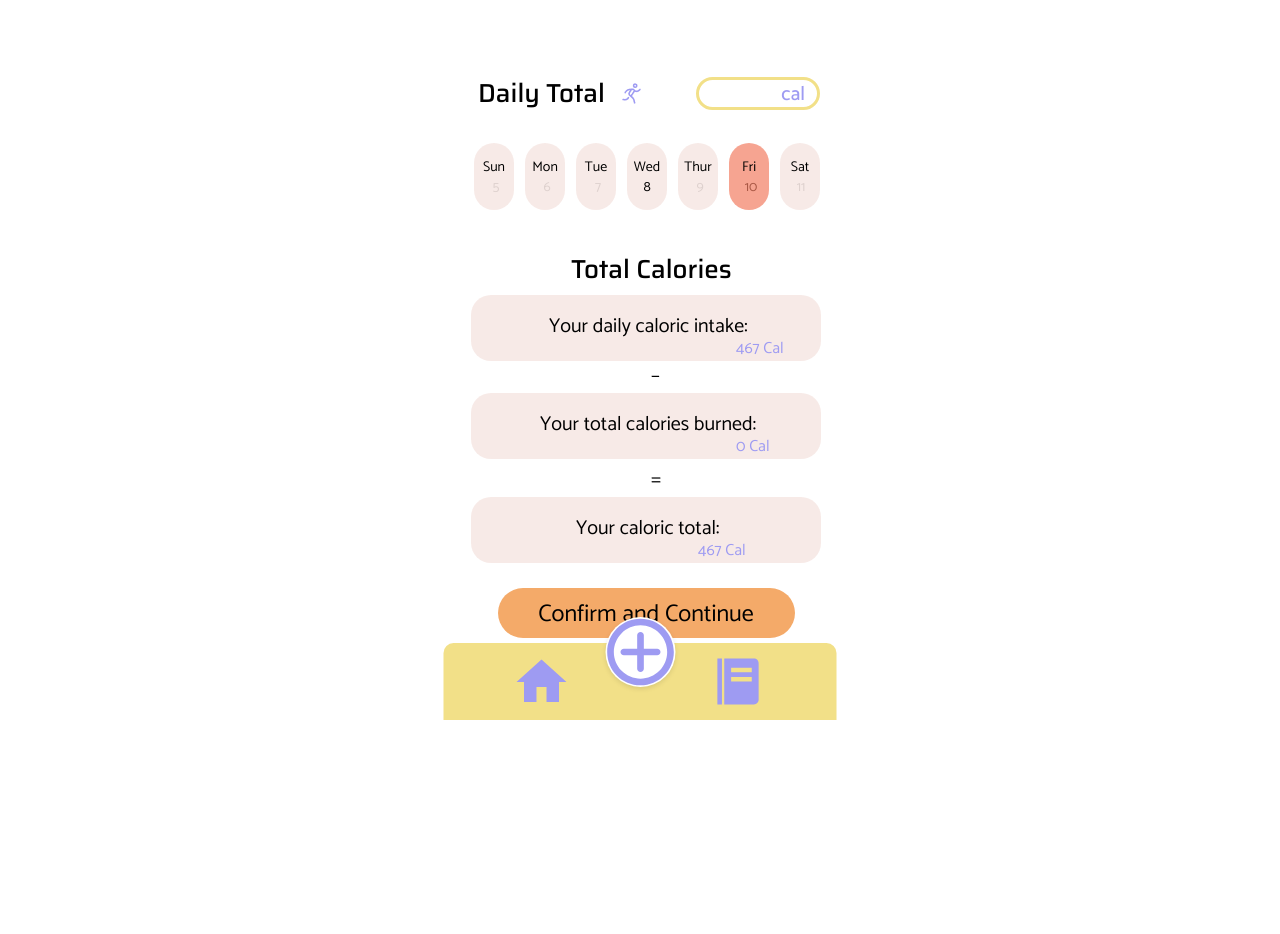
Repository: MeowCeline00/G5-Calorie-Tracker
Page: CalculateTotal/index.html
The author's editor kept a copy of each file at every save. The page is drawn from the files as they stood at one save, then again after a run of saves.
The browser window is 1280 px wide. The pictures show the whole page.

Above is the page before, as saved 2024-05-26 14:20:27.
Console error: ReferenceError: renderLandingPage is not defined

After the next 4 saves:
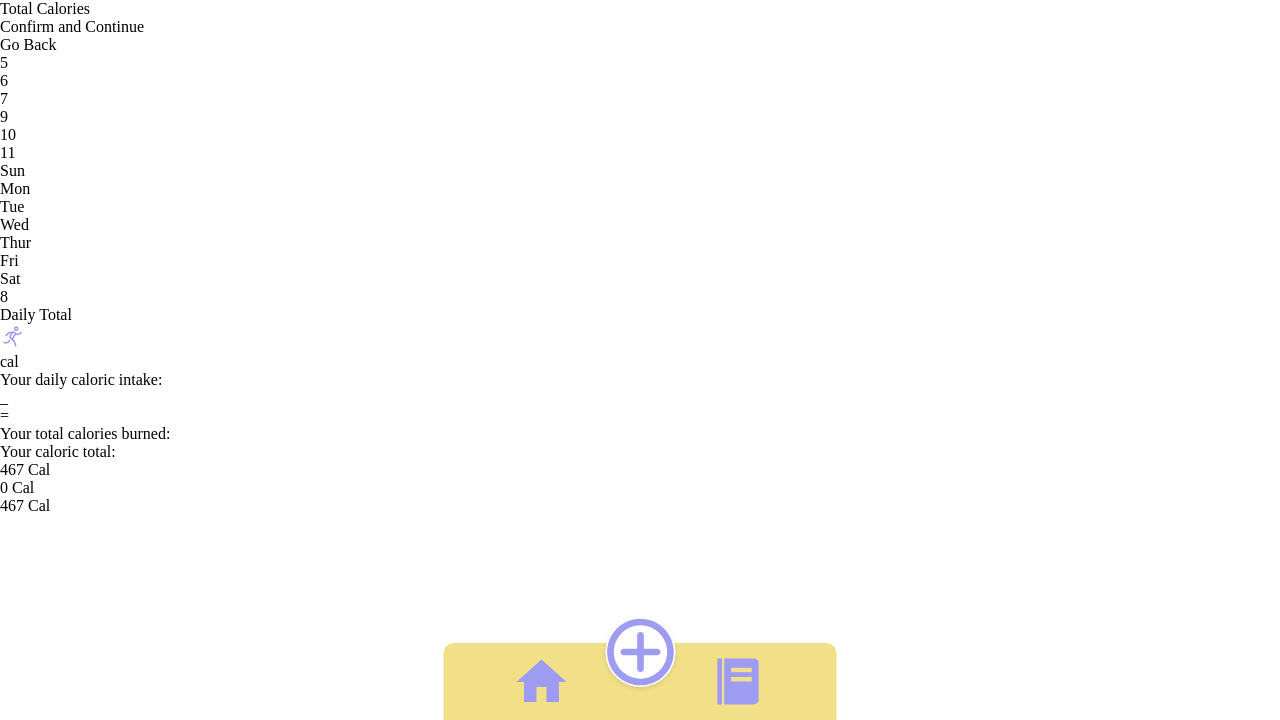
The 4 saves are shown as one change because they came seconds apart.
The last was saved 16 s later.
--- a/CalculateTotal/index.html
+++ b/CalculateTotal/index.html
@@ -6,7 +6,7 @@
 
 
   	<link rel="stylesheet" href="./global.css" />
-  	<link rel="stylesheet"  href="./index.css" />
+  	<link rel="stylesheet"  href="/CalculateTotal/global.css" />
   	<link rel="stylesheet" href="https://fonts.googleapis.com/css2?family=Saira:wght@500&display=swap" />
   	<link rel="stylesheet" href="https://fonts.googleapis.com/css2?family=Catamaran:wght@400;500&display=swap" />
 	<link rel="stylesheet" href="/styles/Home.css">
